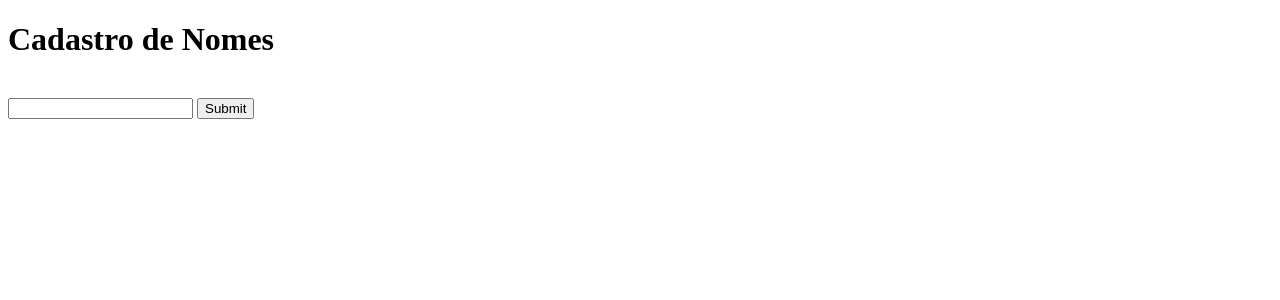
Repository: gKoiti7/Eletiva_WEB
Page: http://localhost/Projeto/
An editor plug-in stored every save of this project. The page is shown before and after the next save, followed by the edit.
The browser window is 1280 px wide. The pictures show the whole page.
The page is served by Tomcat 9.

Above is the page before, as saved 2020-11-09 01:51:16.

After the next save:
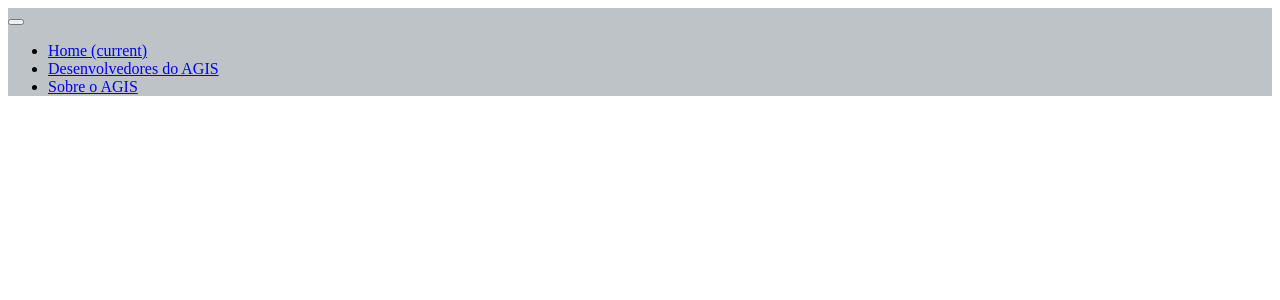
Saved 115 min 25 s later.
--- a/Projeto_WEB/Projeto/WebContent/index.jsp
+++ b/Projeto_WEB/Projeto/WebContent/index.jsp
@@ -5,15 +5,44 @@
 <head>
 <meta charset="ISO-8859-1">
 <title>Insert title here</title>
+
+<header>
+<nav class="navbar navbar-light" style="background-color: #BDC3C7">
+  <!-- Conteúdo do navbar -->
+            <a class="navbar-brand" href="index.php"></a>
+
+            <button class="navbar-toggler" type="button" data-toggle="collapse" data-target="#navbarNav"  aria-controls="navbarNav" aria-expanded="false" aria-label="Toggle navigation">
+                <span class="navbar-toggler-icon"></span>
+            </button>
+
+			<div class="collapse navbar-collapse" id="navbarNav">
+                <ul class="navbar-nav">
+				<li class="nav-item active">
+                    <a class="nav-link" href="index.php">Home <span class="sr-only">(current)</span></a>
+				</li>
+				<li class="nav-item">
+                    <a class="nav-link" href="quemsomos.php">Desenvolvedores do AGIS</a>
+				</li>
+				<li class="nav-item">
+                    <a class="nav-link" href="sobreosite.php">Sobre o AGIS</a>
+				</li>
+				</ul>
+			</div>
+</nav>
+</header>
+
 </head>
 <body>
 
+
+
+</body>
+</html>
+<!--
 <h1>Cadastro de Nomes</h1>
 <br>
 <form name="formulario" action="cadastro.jsp" method="post">
 	<input type="text" name="nome">
 	<input type="submit">
 </form>
-
-</body>
-</html>
+-->
